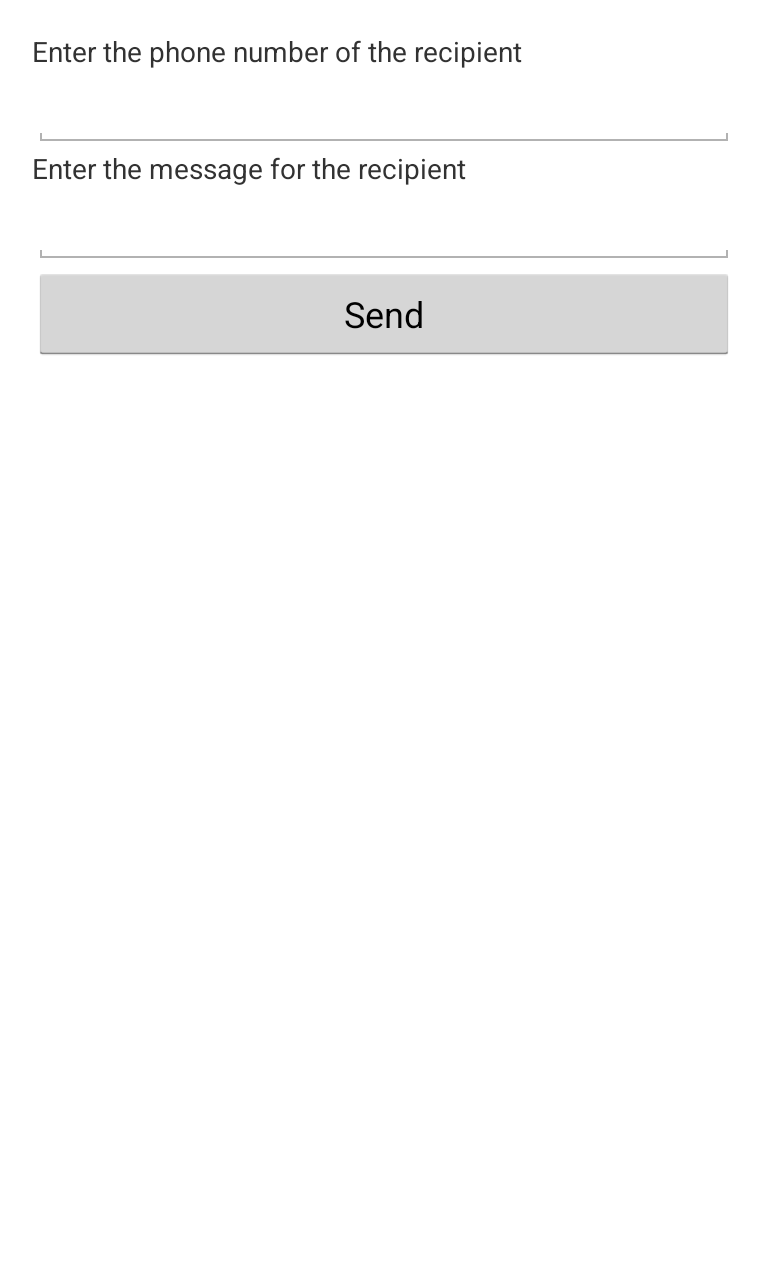
Repository: vedharish/PersonalProjects
Layout: RssToSms/res/layout/activity_send_sms.xml
These files come from the project's save history. The layout is drawn as it stood at one moment and after the next save; the edit follows.
It is drawn on a 768 x 1280 px phone screen (xhdpi) without system bars, with theme AppTheme; the app's code is not run.

Above is the layout before, as saved 2013-08-12 06:11:22.

### RssToSms/res/layout/activity_send_sms.xml
<LinearLayout xmlns:android="http://schemas.android.com/apk/res/android"
    xmlns:tools="http://schemas.android.com/tools"
    android:layout_width="match_parent"
    android:layout_height="match_parent"
    android:orientation="vertical"
    android:paddingBottom="@dimen/activity_vertical_margin"
    android:paddingLeft="@dimen/activity_horizontal_margin"
    android:paddingRight="@dimen/activity_horizontal_margin"
    android:paddingTop="@dimen/activity_vertical_margin"
    tools:context=".SendSMSActivity" >

    <TextView
        android:layout_width="fill_parent"
        android:layout_height="wrap_content"
        android:labelFor="@+id/txtPhoneNumber"
        android:text="@string/phone_number_label" />
    <EditText
        android:id="@+id/txtPhoneNumber"
        android:layout_width="fill_parent"
        android:layout_height="wrap_content"
        android:inputType="phone" />
    <TextView
        android:layout_width="fill_parent"
        android:layout_height="wrap_content"
        android:labelFor="@+id/txtMessage"
        android:text="@string/message_label" />
    <EditText
        android:id="@+id/txtMessage"
        android:layout_width="fill_parent"
        android:layout_height="wrap_content"
        android:inputType="textCapSentences" />
    <Button
        android:id="@+id/sendButton"
        android:layout_width="fill_parent"
        android:layout_height="wrap_content"
        android:text="@string/button_label" />

</LinearLayout>

### RssToSms/res/values/strings.xml
<?xml version="1.0" encoding="utf-8"?>
<resources>

    <string name="app_name">RssToSms</string>
    <string name="action_settings">Settings</string>
    <string name="phone_number_label">Enter the phone number of the recipient</string>
    <string name="message_label">Enter the message for the recipient</string>
    <string name="button_label">Send</string>

</resources>

Loaded but not shown: RssToSms/res/values/styles.xml (common file); RssToSms/res/values-v11/styles.xml (common file); RssToSms/res/values-v14/styles.xml (common file); RssToSms/res/values/dimens.xml (common file)

After the next save:
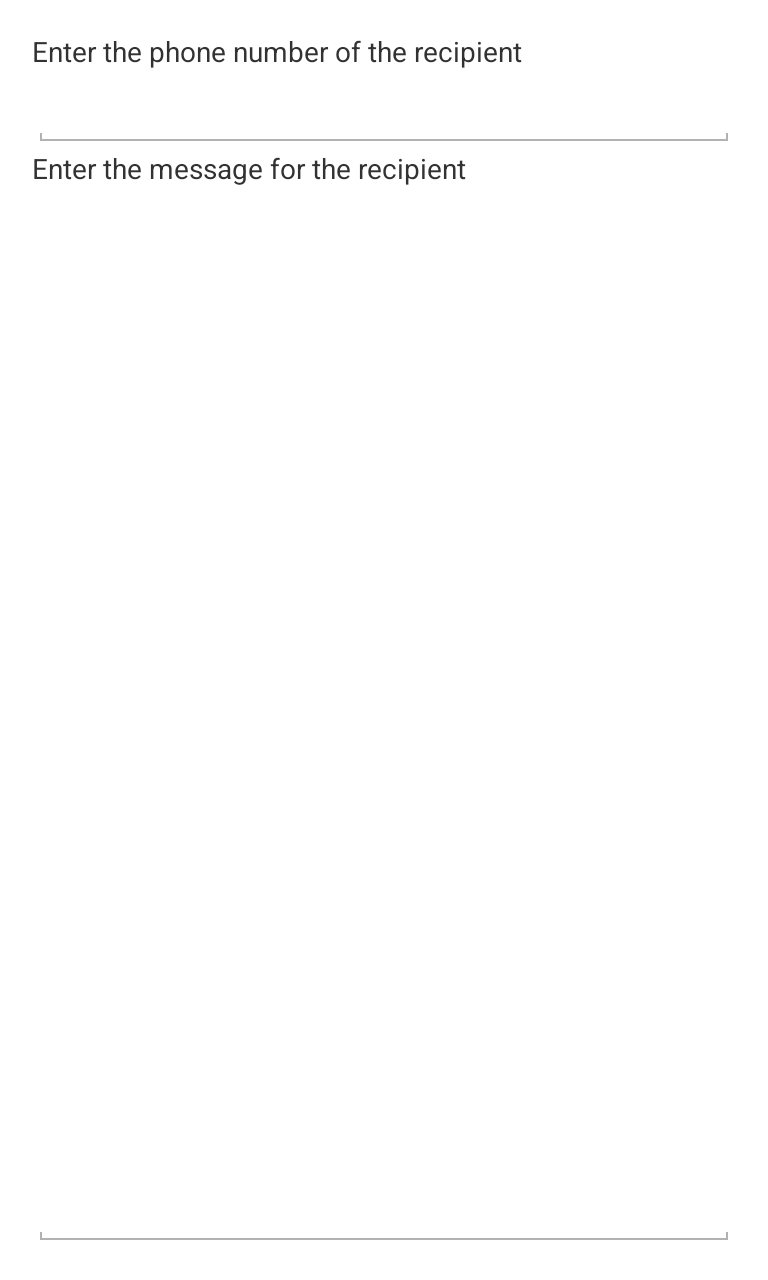
Saved 2 min 13 s later.
--- a/RssToSms/res/layout/activity_send_sms.xml
+++ b/RssToSms/res/layout/activity_send_sms.xml
@@ -27,8 +27,9 @@
     <EditText
         android:id="@+id/txtMessage"
         android:layout_width="fill_parent"
-        android:layout_height="wrap_content"
-        android:inputType="textCapSentences" />
+        android:layout_height="fill_parent"
+        android:inputType="textCapSentences"
+        android:lines="7" />
     <Button
         android:id="@+id/sendButton"
         android:layout_width="fill_parent"

After the 4 saves that followed:
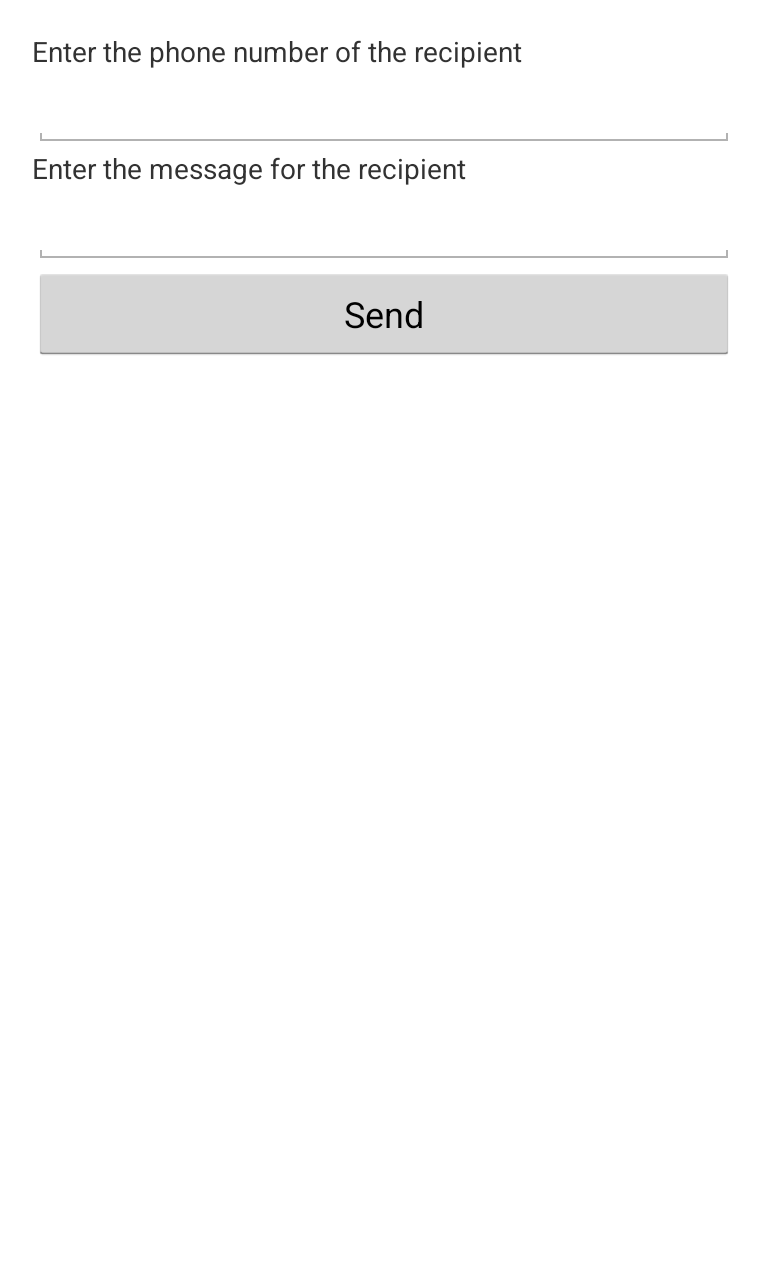
The 4 saves are shown as one change because 3 left the picture as it was.
The last was saved 5 min 34 s later.
--- a/RssToSms/res/layout/activity_send_sms.xml
+++ b/RssToSms/res/layout/activity_send_sms.xml
@@ -27,9 +27,9 @@
     <EditText
         android:id="@+id/txtMessage"
         android:layout_width="fill_parent"
-        android:layout_height="fill_parent"
+        android:layout_height="wrap_content"
         android:inputType="textCapSentences"
-        android:lines="7" />
+         />
     <Button
         android:id="@+id/sendButton"
         android:layout_width="fill_parent"
